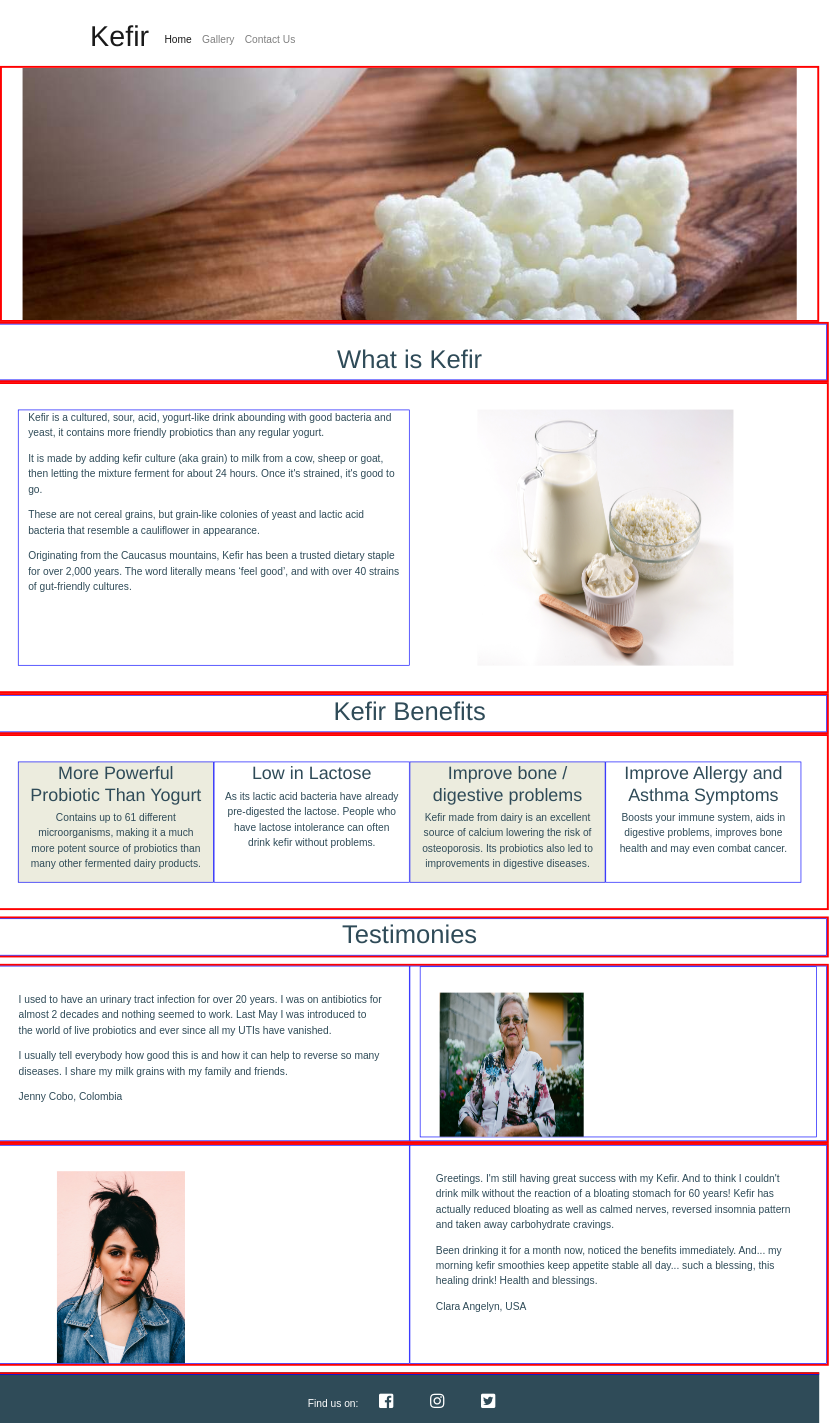
Repository: Code-Institute-Submissions/andna5980-kefir-repo_JuneResub
Page: index.html
The author's editor kept a copy of each file at every save. The page is drawn from the files as they stood at one save, then again after the next save.
The browser window is 1280 px wide. The page is 1295 px wide, so the pictures cover 1295 px, including what lies to the right of the window. The pictures show the whole page, at 64% of full size.
Some web fonts or font styles are not loaded; a fallback is used. Some web libraries are served in a nearby version.

Above is the page before, as saved 2021-03-02 01:03:32.

After the next save:
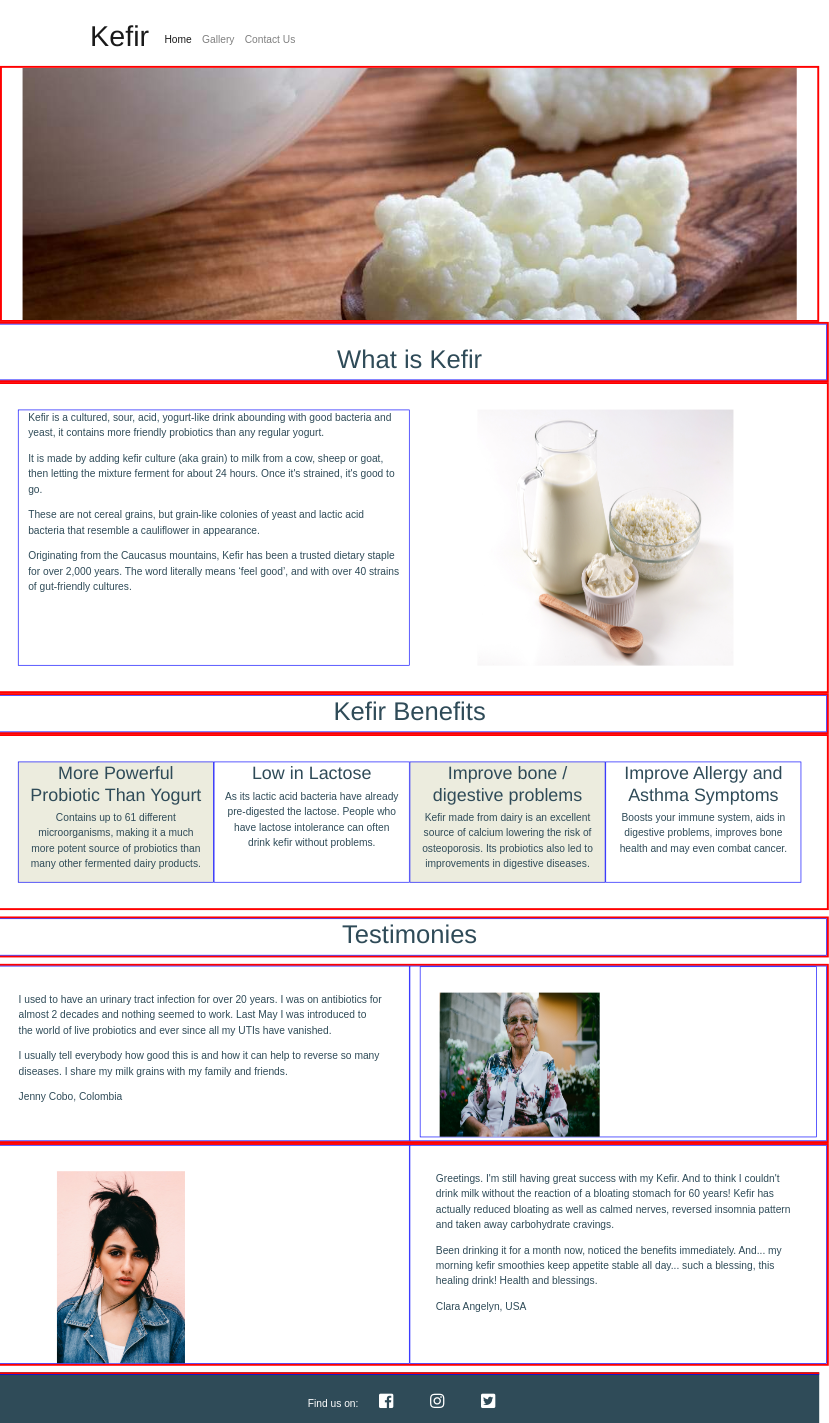
Saved 11 s later.
--- a/index.html
+++ b/index.html
@@ -139,7 +139,7 @@
 
       <div class="test-blue col-12 col-sm-6">
         <div class="test-blue testimony-image1">
-          <img src="./assets/images/damir-bosnjak-VQ2L7t5qt_8-unsplash-min.jpg" alt="old-woman" height="225" width="225">
+          <img src="./assets/images/damir-bosnjak-VQ2L7t5qt_8-unsplash-min.jpg" alt="old-woman" height="225" width="250">
         </div>
       </div>
     </div>
